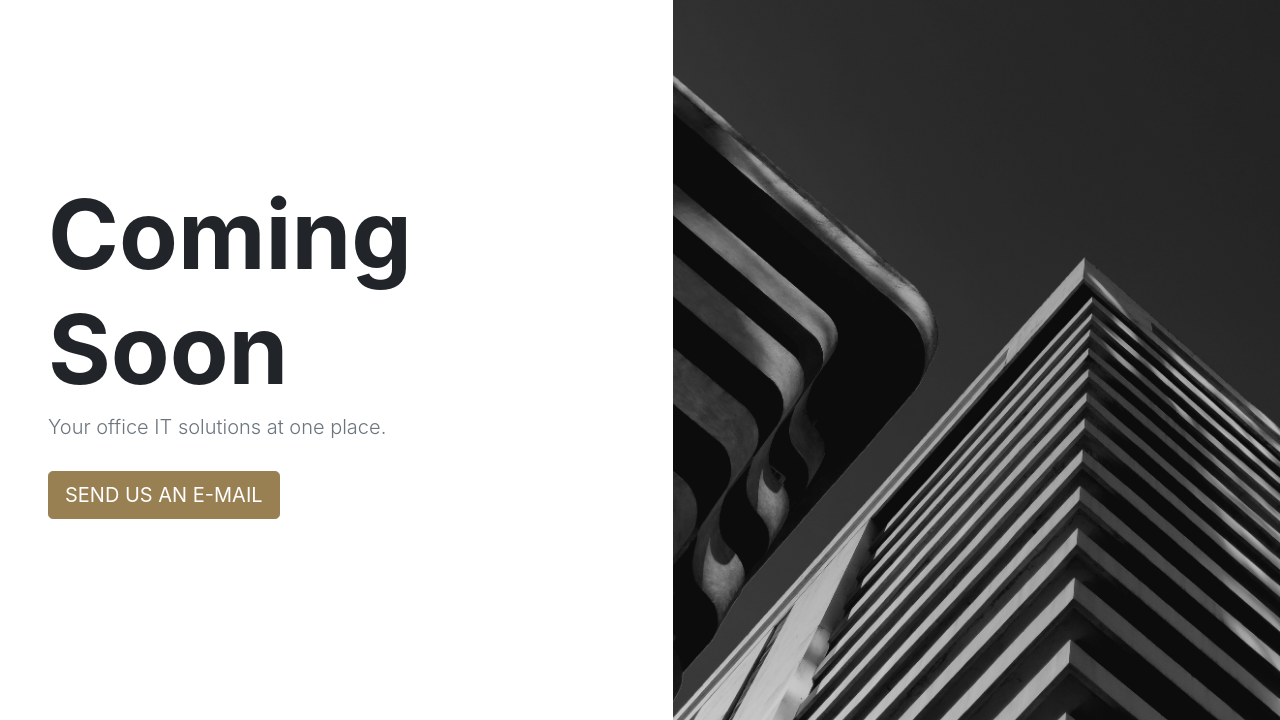
Repository: Thekxgh/website
Page: /
These files come from the project's save history. The page is drawn as it stood at one moment and after a run of saves; the edit follows.
The browser window is 1280 px wide. The pictures show the whole page.
The project was rebuilt for these pictures with package versions that can differ from the ones it lists, and the page was loaded fresh each time.

Above is the page before, as saved 2021-07-14 10:07:52.

After the next 2 saves:
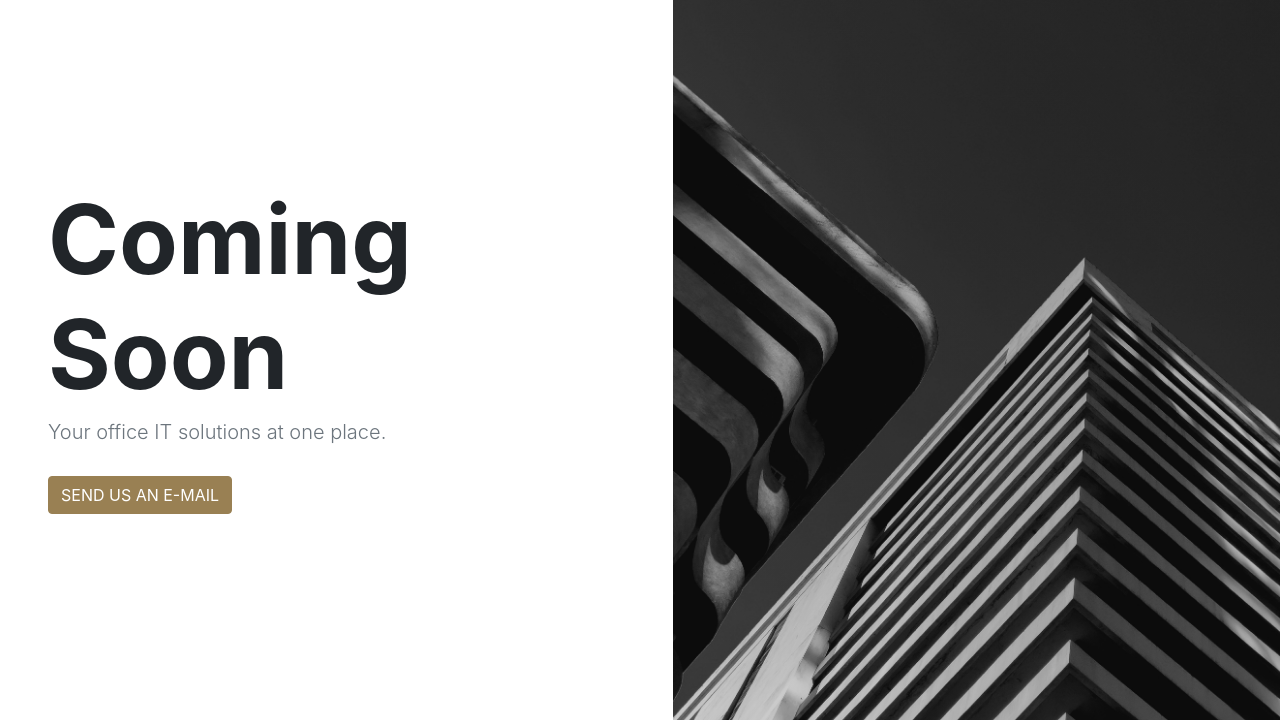
The 2 saves are shown as one change because they came seconds apart.
The last was saved 7 s later.
--- a/src/presentation/LandingPage.tsx
+++ b/src/presentation/LandingPage.tsx
@@ -7,7 +7,7 @@ export const LandingPage = () => {
             <Col className="p-5">
                 <h1 className="display-1 font-weight-bold">Coming Soon</h1>
                 <h5 className="text-muted font-weight-light">Your office IT solutions at one place.</h5>
-                <a className="btn btn-primary btn-lg my-4" href="mailto:contact@thekxgh.com"> SEND US AN E-MAIL </a>
+                <a className="btn btn-primary my-4" href="mailto:contact@thekxgh.com"> SEND US AN E-MAIL </a>
             </Col>
             <Col className="side-img min-vh-100"></Col>
         </Row>
